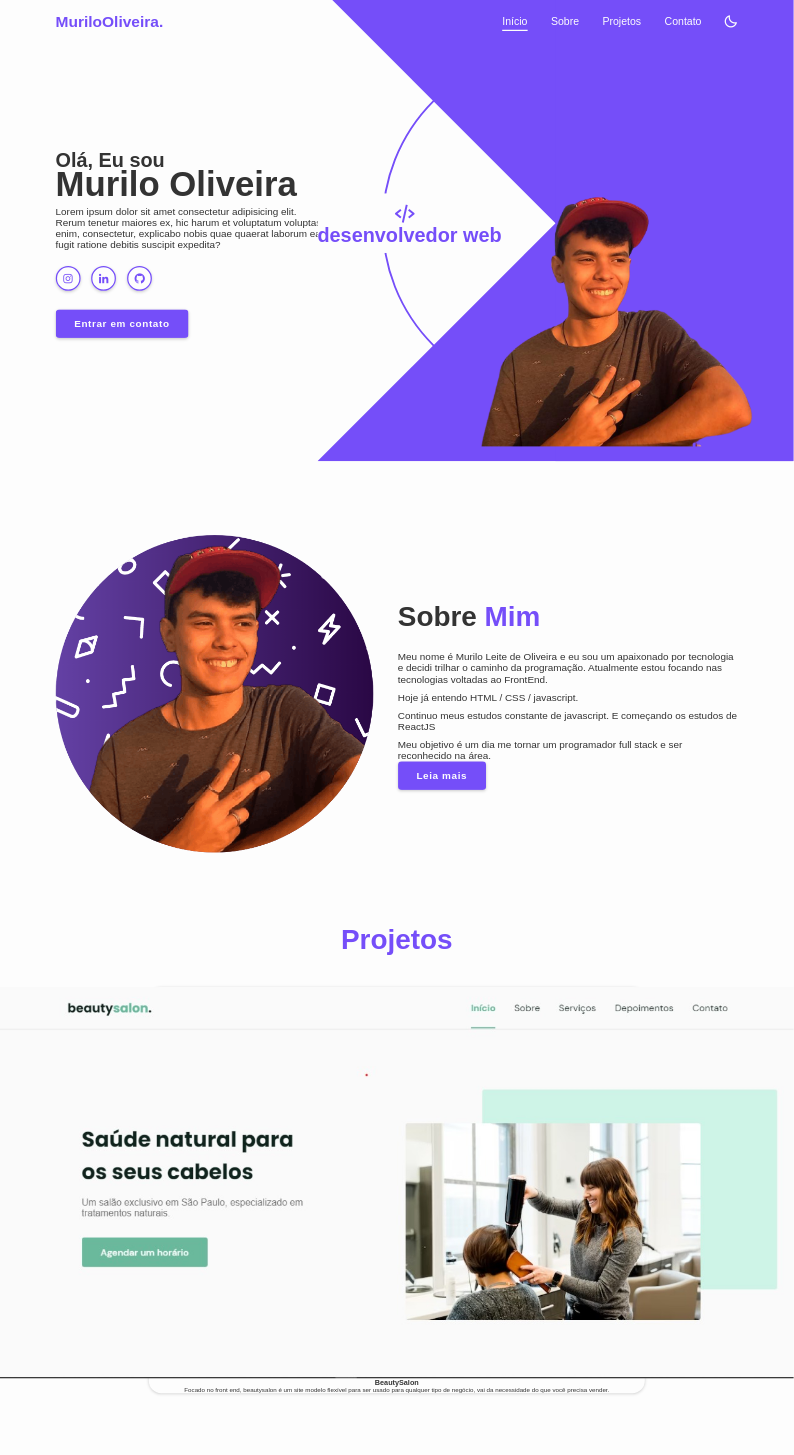
Repository: devMuriloOliveira/Portfolio-
Page: index.html
An editor plug-in stored every save of this project. The page is shown before and after the next save, followed by the edit.
The browser window is 1280 px wide. The pictures show the whole page, at 62% of full size.
Some web fonts or font styles are not loaded; a fallback is used.

Above is the page before, as saved 2023-03-12 17:35:39.

After the next save:
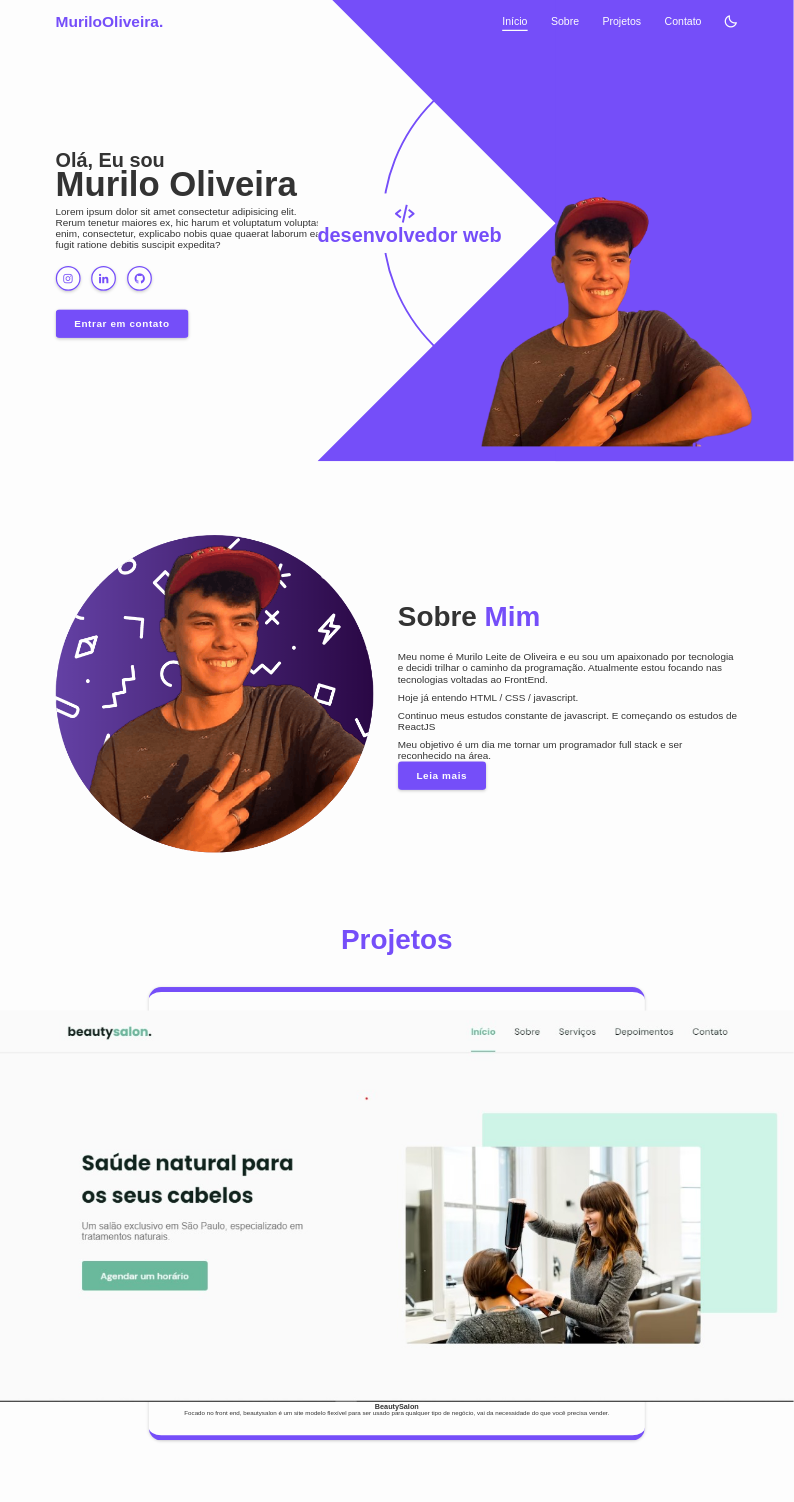
Saved 87 s later.
--- a/style.css
+++ b/style.css
@@ -308,4 +308,7 @@ span{
   background: var(--bg-color);
   border-radius: 2rem;
   box-shadow: 0 .1rem .5rem var(--shadow-color);
-}
+  padding: 3rem 5rem;
+  border-top: .8rem solid var(--main-color);
+  border-bottom: .8rem solid var(--main-color);
+}
